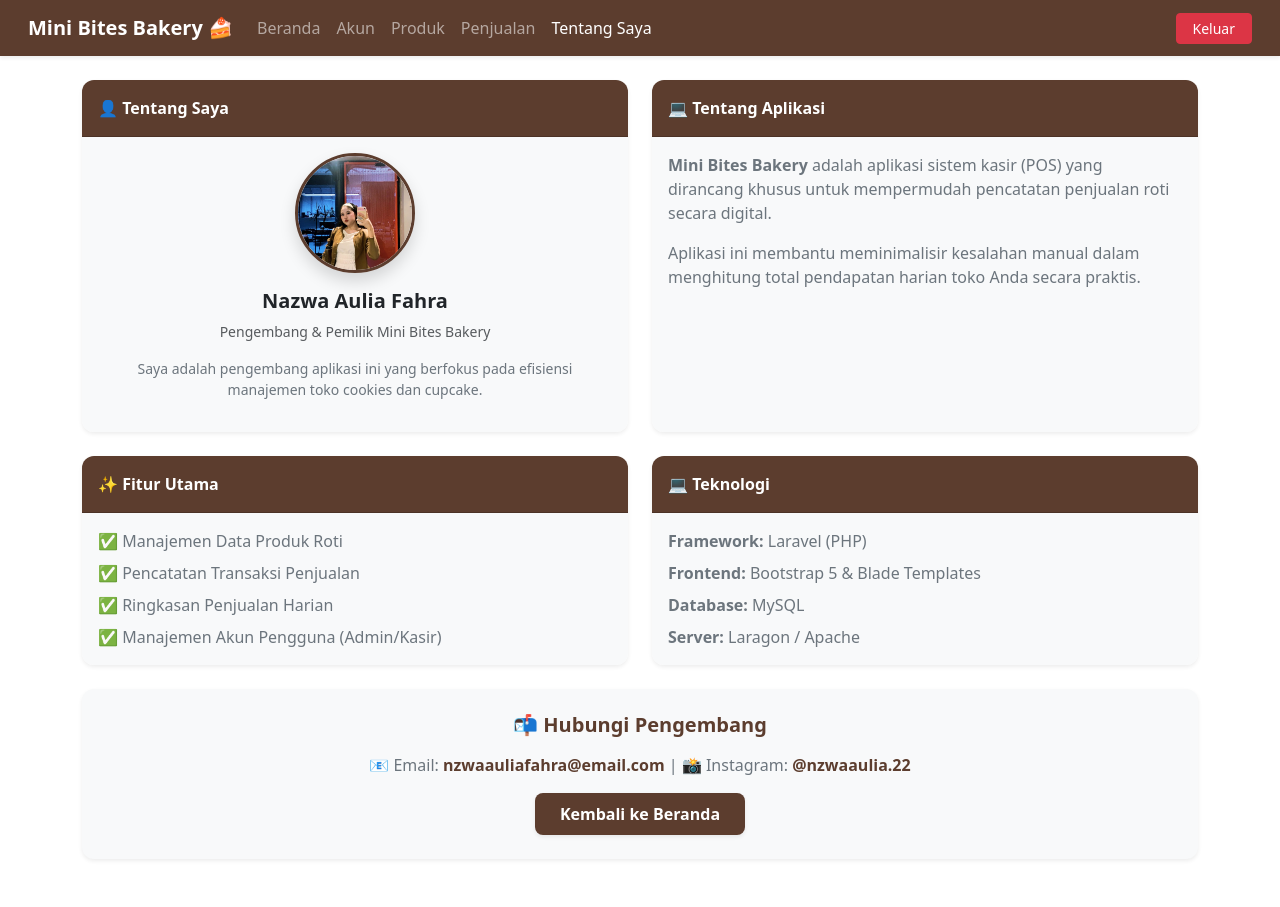
Repository: nzwaaulia/pos_nazwa
Page: http://localhost/tentang
The author's editor kept a copy of each file at every save. The page is drawn from the files as they stood at one save, then again after the next save.
The browser window is 1280 px wide. The pictures show the whole page.
The page is served by the project's Laravel application, run on PHP 8.4 with Laravel 12. The first stored user is signed in. Style sheets and scripts are compiled from the project's sources, by tool versions that may differ from the author's. The database holds what the project's SQL file puts in it.

Above is the page before, as saved 2026-09-11 13:41:43.

After the next save:
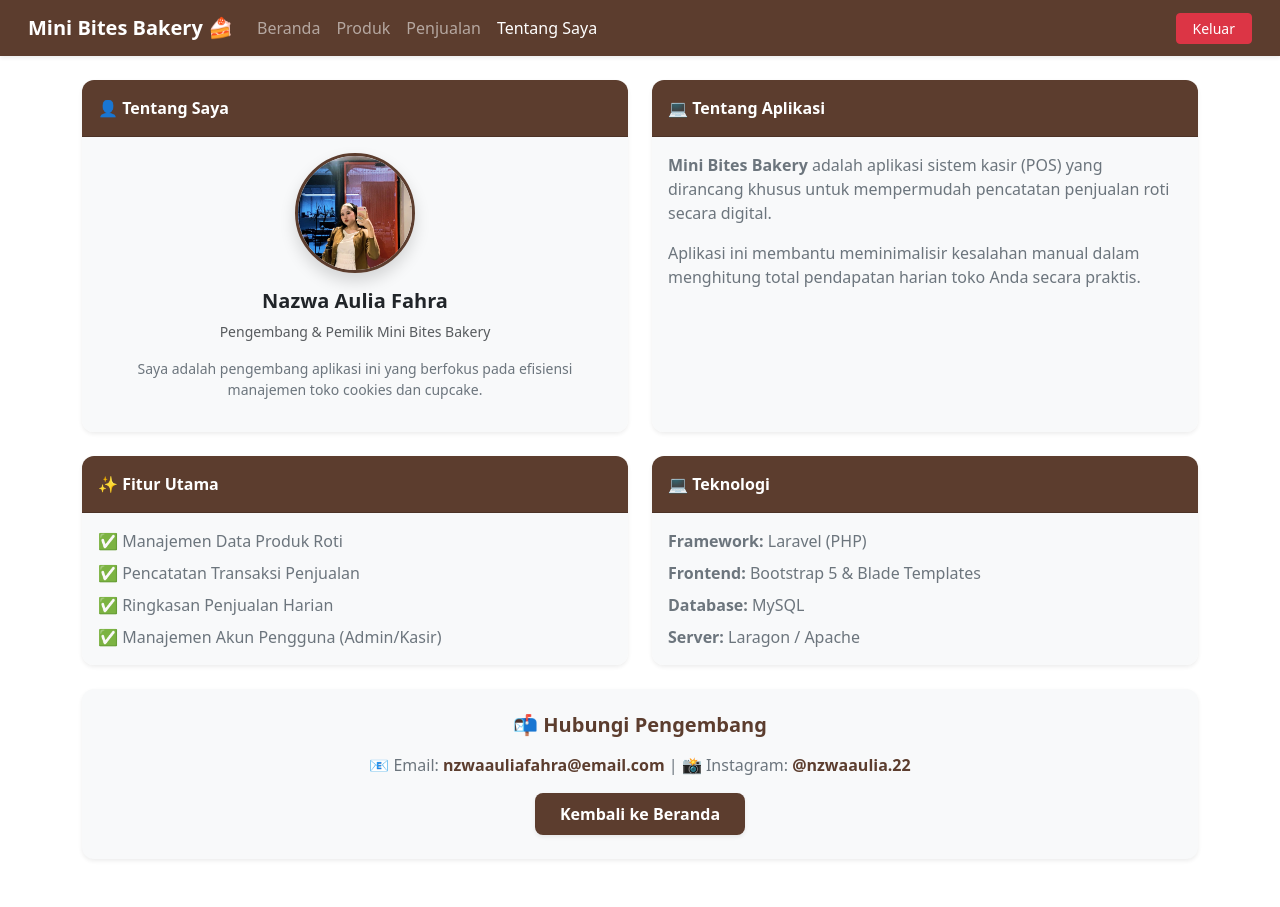
Saved 32 min 27 s later.
--- a/resources/views/layouts/navbar.blade.php
+++ b/resources/views/layouts/navbar.blade.php
@@ -15,21 +15,17 @@
           <a class="nav-link {{ Request::is('dashboard') ? 'active' : '' }}" aria-current="page" href="{{ route('dashboard') }}">Beranda</a>
         </li>
         <li class="nav-item">
-          <a class="nav-link {{ Request::is('admin/users') ? 'active' : '' }}" href="{{ route('admin.users') }}">Akun</a>
-        </li>
-        <li class="nav-item">
           <a class="nav-link {{ Request::is('produk') ? 'active' : '' }}" href="{{ route('produk.index') }}">Produk</a>
         </li>
         <li class="nav-item">
           <a class="nav-link {{ Request::is('penjualan') ? 'active' : '' }}" href="{{ route('penjualan.index') }}">Penjualan</a>
         </li>
-        <!-- TAMBAHKAN MENU TENTANG DI SINI -->
         <li class="nav-item">
           <a class="nav-link {{ Request::is('tentang') ? 'active' : '' }}" href="{{ route('tentang') }}">Tentang Saya</a>
         </li>
       </ul>
 
-      <!-- Tombol Logout (Diperbaiki agar tidak terpotong di kanan) -->
+      <!-- Tombol Logout -->
       <form action="{{ route('logout') }}" method="POST" class="d-flex my-2 my-lg-0">
         @csrf
         <button type="submit" class="btn btn-danger btn-sm px-3 fw-medium">Keluar</button>
